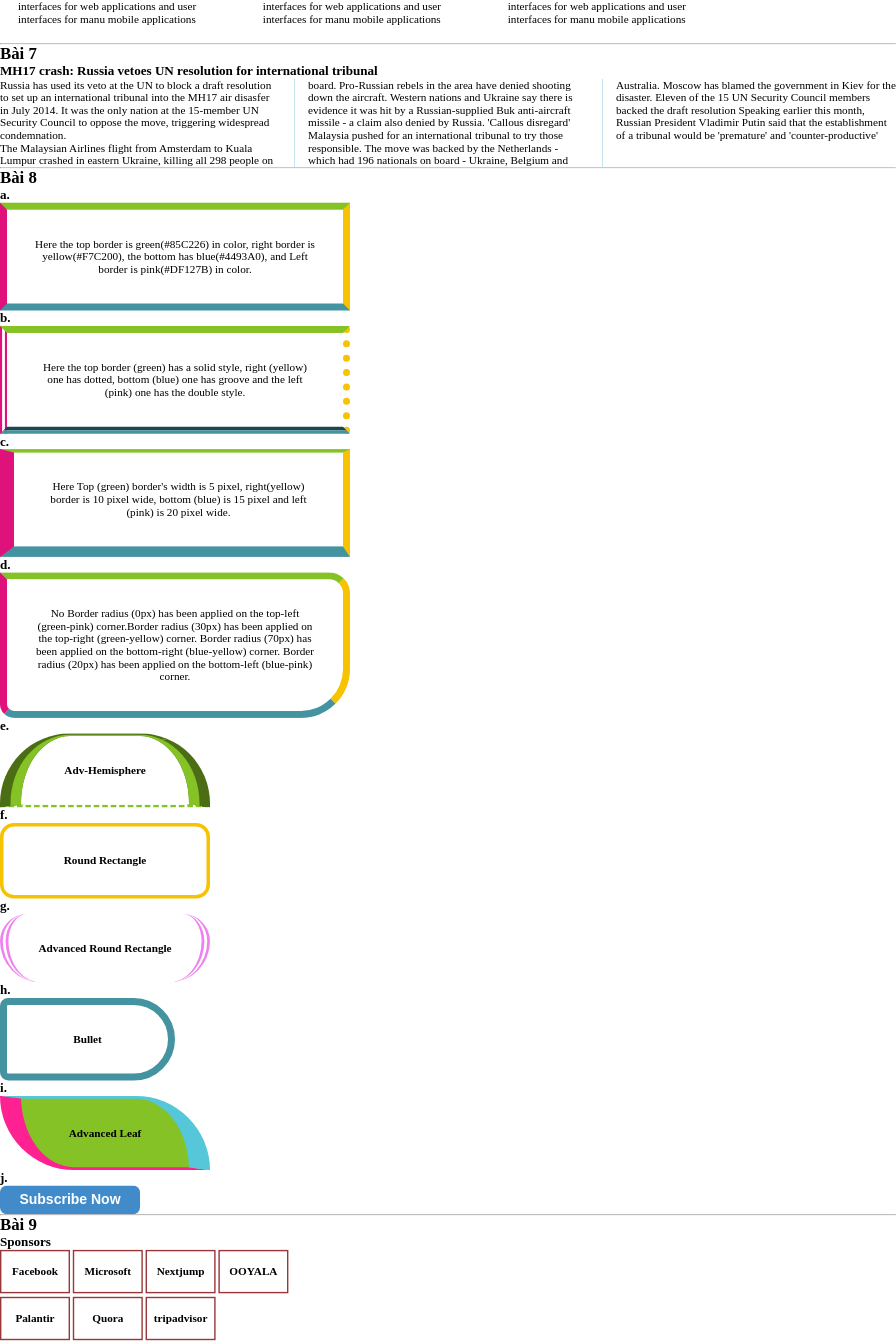
Repository: hoangnguyen1903/STT_21084321_NguyenHuyHoang_DHKHMT17B
Page: html/index.html
These files come from the project's save history. The page is drawn as it stood at one moment and after the next save; the edit follows.
The browser window is 1280 px wide. The pictures show the part of the page from y = 2261 to 4181 px (the page is 4181 px tall), at 70% of full size.
The pointer rests on the first visible `#bai9 > ul > li`.

Above is the page before, as saved 2023-03-03 15:22:34.

After the next save:
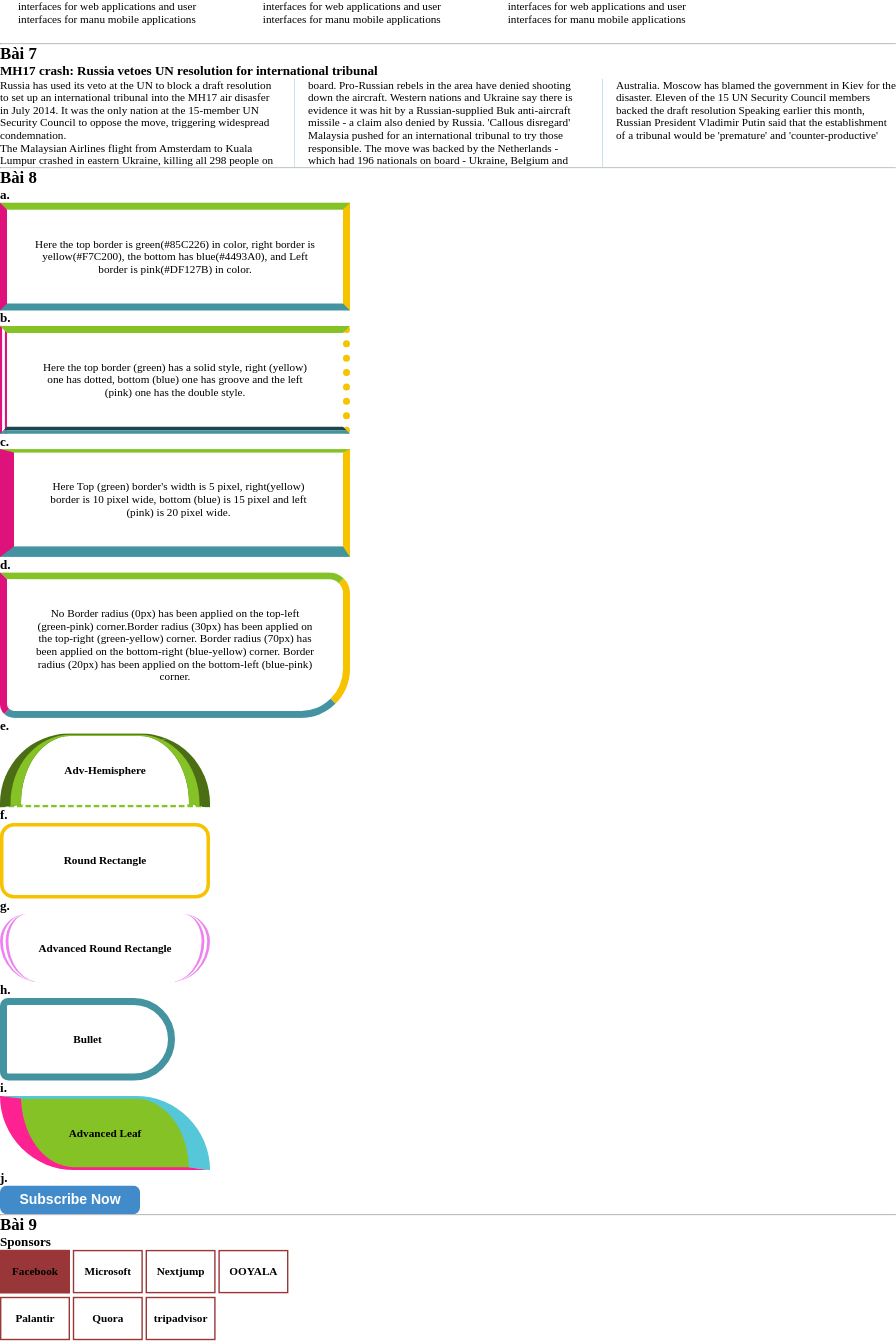
Saved 60 s later.
--- a/html/index.html
+++ b/html/index.html
@@ -242,7 +242,7 @@
       }
 
       #bai9 > ul > li:hover {
-        border: 2px double #993738;
+        background-color: #993738;
       }
     </style>
   </head>
